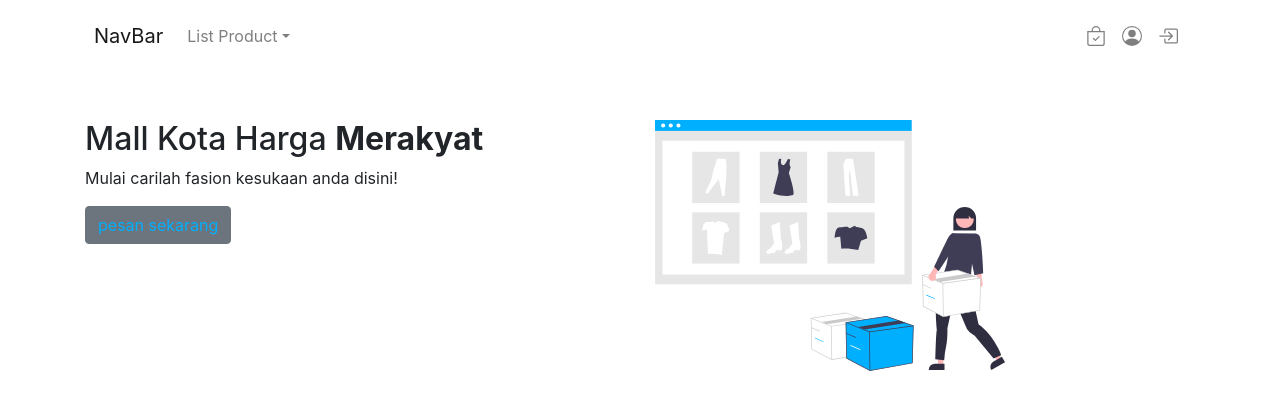
Repository: AHSANS354/ecommerce-catalog
Page: /
An editor plug-in stored every save of this project. The page is shown before and after the next save, followed by the edit.
The browser window is 1280 px wide. The pictures show the whole page.
The project was rebuilt for these pictures with package versions that can differ from the ones it lists, and the page was loaded fresh each time. Also part of the build but not shown: vue.config.js.

Above is the page before, as saved 2023-03-01 16:21:18.

### src/main.js
import Vue from "vue";
import App from "./App.vue";
import router from "./router";
import { BootstrapVue, IconsPlugin } from "bootstrap-vue";
// Import Bootstrap and BootstrapVue CSS files (order is important)
import "bootstrap/dist/css/bootstrap.css";
import "bootstrap-vue/dist/bootstrap-vue.css";
import "./assets/style/main.css";

// Make BootstrapVue available throughout your project
Vue.use(BootstrapVue);
// Optionally install the BootstrapVue icon components plugin
Vue.use(IconsPlugin);

Vue.config.productionTip = false;

new Vue({
  router,
  render: (h) => h(App),
}).$mount("#app");

### src/App.vue
<template>
  <div id="app">
    <router-view />
  </div>
</template>

### src/assets/style/main.css
.btn {
  color: #00b0ff;
}

### src/views/HomeView.vue
<template>
  <div class="home">
    <navbar-view />
    <div class="container mt-5">
      <div class="row">
        <div class="col-md-6">
          <h2>Mall Kota Harga <strong>Merakyat</strong></h2>
          <p>Mulai carilah fasion kesukaan anda disini!</p>

          <b-button> pesan sekarang </b-button>
        </div>
        <div class="col-md-6">
          <img
            src="../assets/images/undraw_web_shopping_re_owap.svg"
            alt="foto"
            width="350"
          />
        </div>
      </div>
    </div>
  </div>
</template>

<script>
import NavbarView from "@/components/NavbarView.vue";
// @ is an alias to /src

export default {
  name: "HomeView",
  components: {
    NavbarView,
  },
};
</script>

### src/components/NavbarView.vue
<template>
  <div class="container p-2">
    <b-navbar toggleable="lg" type="light">
      <router-link class="navbar-brand" to="/">NavBar</router-link>

      <b-navbar-toggle target="nav-collapse"></b-navbar-toggle>

      <b-collapse id="nav-collapse" is-nav>
        <b-navbar-nav>
          <b-nav-item-dropdown text="List Product" right>
            <router-link class="dropdown-item" to="/">EN</router-link>
            <router-link class="dropdown-item" to="/">ES</router-link>
            <router-link class="dropdown-item" to="/">RU</router-link>
            <router-link class="dropdown-item" to="/">FA</router-link>
          </b-nav-item-dropdown>
        </b-navbar-nav>

        <!-- Right aligned nav items -->
        <b-navbar-nav class="ml-auto">
          <router-link to="/"
            ><b-nav-item><b-icon-bag-check></b-icon-bag-check></b-nav-item
          ></router-link>
          <router-link to="/"
            ><b-nav-item
              ><b-icon-person-circle></b-icon-person-circle></b-nav-item
          ></router-link>
          <router-link to="/"
            ><b-nav-item
              ><b-icon-box-arrow-in-right></b-icon-box-arrow-in-right></b-nav-item
          ></router-link>
        </b-navbar-nav>
      </b-collapse>
    </b-navbar>
  </div>
</template>

<script>
export default {
  name: "NavbarView",
};
</script>

<style>
</style>

Loaded but not shown: public/index.html (common file); src/router/index.js (common file)

After the next save:
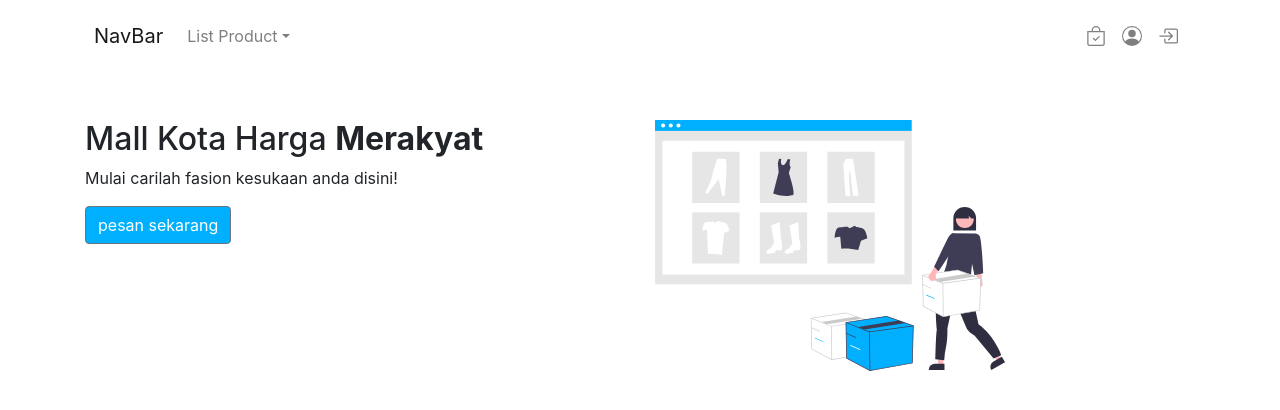
Saved 16 s later.
--- a/src/assets/style/main.css
+++ b/src/assets/style/main.css
@@ -1,3 +1,3 @@
 .btn {
-  color: #00b0ff;
+  background-color: #00b0ff;
 }
